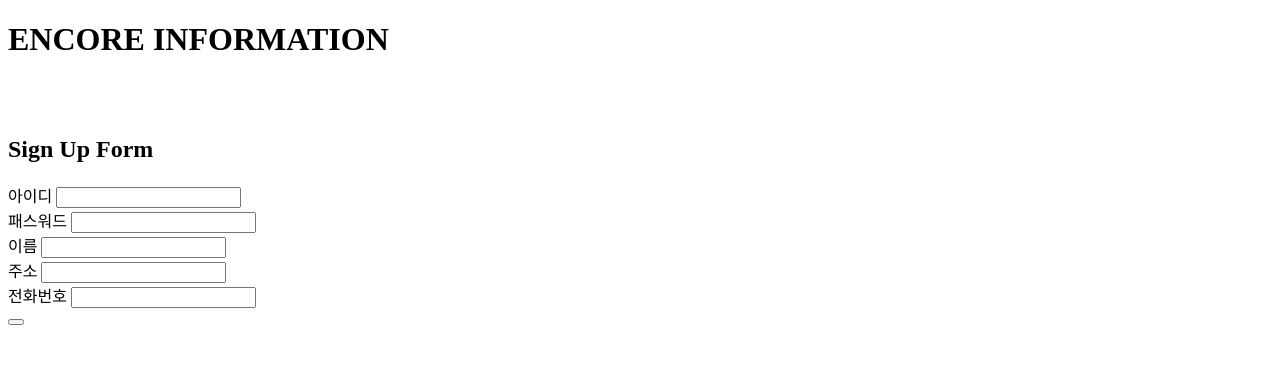
Repository: KangHoi/encore_vueWorkspace
Page: vue03_Event/WebContent/vue10_example.html
The author's editor kept a copy of each file at every save. The page is drawn from the files as they stood at one save, then again after the next save.
The browser window is 1280 px wide. The pictures show the whole page.

Above is the page before, as saved 2021-07-13 00:45:24.

After the next save:
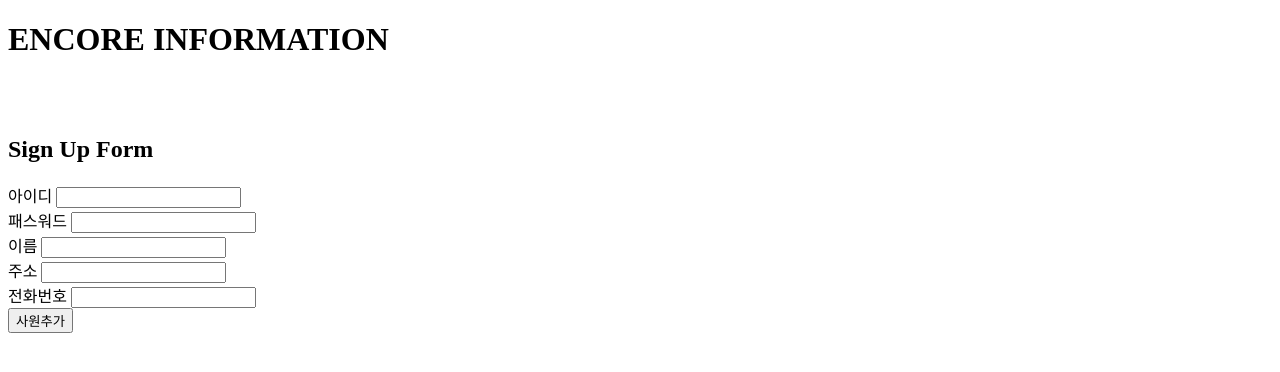
Saved 14 s later.
--- a/vue03_Event/WebContent/vue10_example.html
+++ b/vue03_Event/WebContent/vue10_example.html
@@ -15,7 +15,7 @@
 	이름 <input type="text"><br>
 	주소 <input type="text"><br>
 	전화번호 <input type="text"><br>
-	<button value="사원추가"></button>
+	<button> 사원추가 </button>
 
 <script>
 
